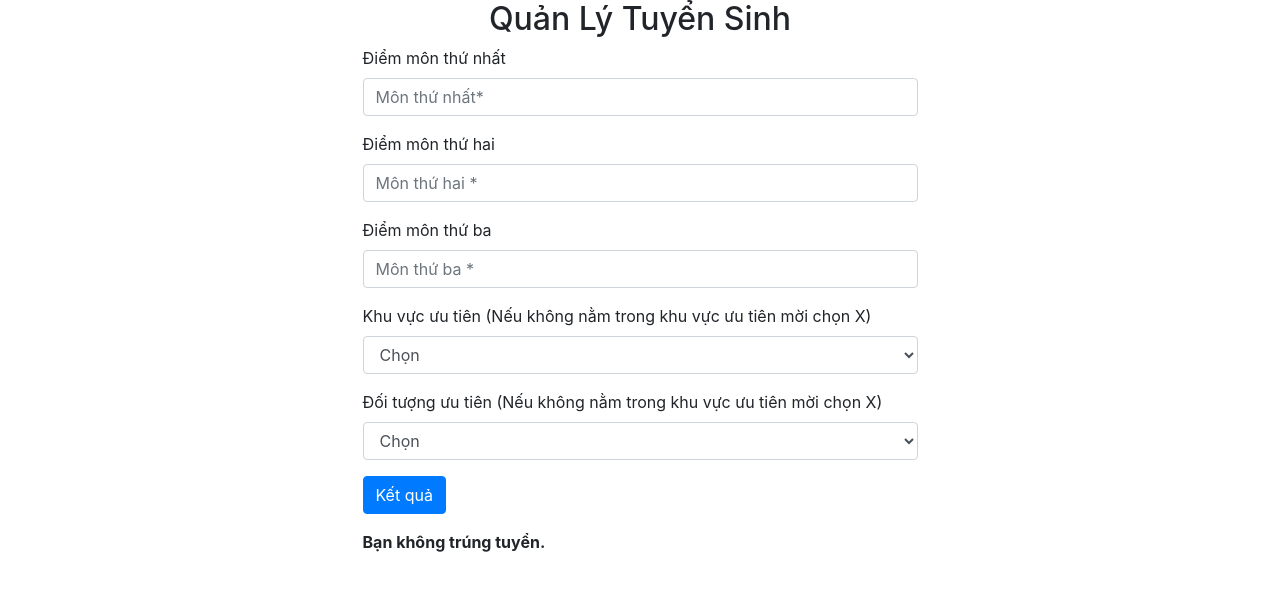
Repository: dovanthao2404/BC14_BaiTap_JS_Buoi_5_dovanthao
Page: html/bai1.html
These files come from the project's save history. The page is drawn as it stood at one moment and after the next save; the edit follows.
The browser window is 1280 px wide. The pictures show the whole page.

Above is the page before, as saved 2021-07-03 20:23:58.

After the next save:
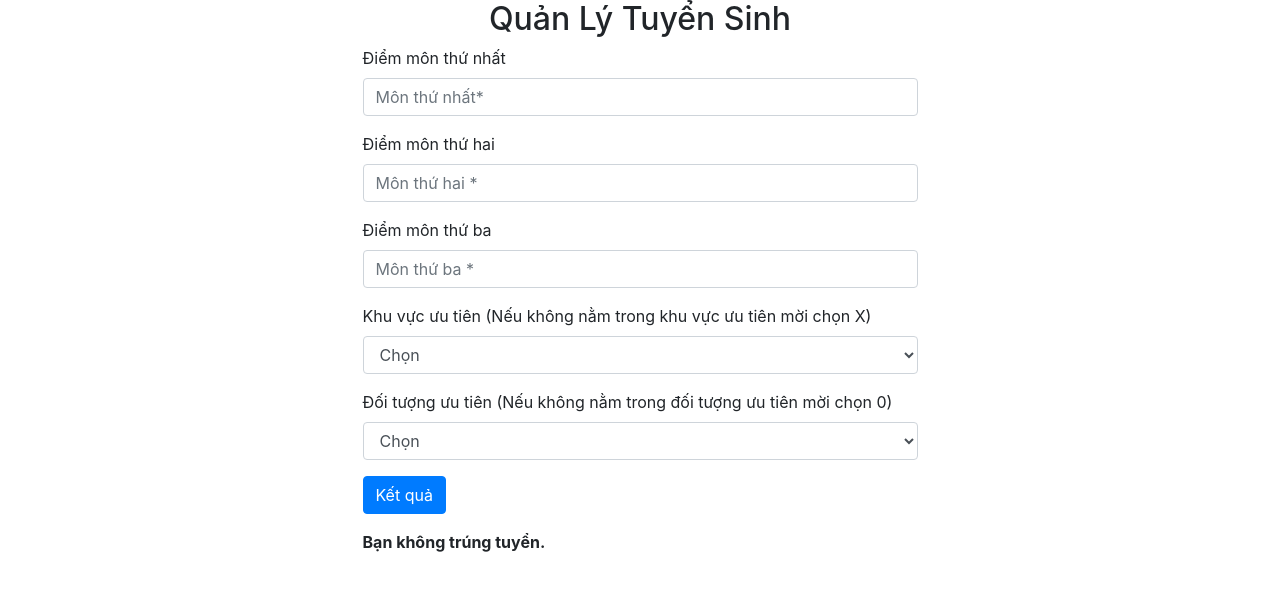
Saved 25 s later.
--- a/html/bai1.html
+++ b/html/bai1.html
@@ -47,13 +47,13 @@
           <span></span>
         </div>
         <div class="form-group">
-          <label for="areaScores">Đối tượng ưu tiên (Nếu không nằm trong khu vực ưu tiên mời chọn X)</label>
+          <label for="areaScores">Đối tượng ưu tiên (Nếu không nằm trong đối tượng ưu tiên mời chọn 0)</label>
           <select class="form-control" id="area">
             <option selected>Chọn</option>
-            <option>A</option>
-            <option>B</option>
-            <option>C</option>
-            <option>X</option>
+            <option>1</option>
+            <option>2</option>
+            <option>3</option>
+            <option>0</option>
           </select>
           <span></span>
         </div>
